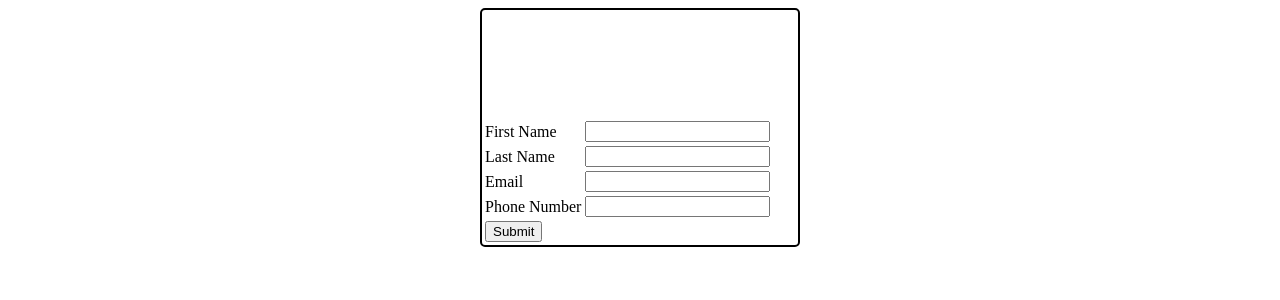
Repository: Jeevith-U/Advance-Java
Page: http://localhost/JSPTags/login1.jsp
These files come from the project's save history. The page is drawn as it stood at one moment and after the next save; the edit follows.
The browser window is 1280 px wide. The pictures show the whole page.
The page is served by Tomcat 9. Other server files are loaded and not shown.

Above is the page before, as saved 2023-08-19 04:12:37.

### JSPTags/src/main/webapp/login1.jsp
<%@ page language="java" contentType="text/html; charset=ISO-8859-1"
	pageEncoding="ISO-8859-1"%>
<!DOCTYPE html>
<html>
<head>
<style>
#table{
border: 2px solid;
border-radius: 5px ;
width: 25%;
margin: auto;
}
</style>
<meta charset="ISO-8859-1">
<title>Insert title here</title>
</head>
<body>

	<form action="read" method="get" border = "" id = "table">

		<table>
			<tr>
				<td><label for="fname">First Name</label></td>
				<td><input type="text" id="fname" name="fname"></td>
			</tr>
			<br>
			<br>
			<tr>
				<td><label for="lname">Last Name</label></td>
				<td><input type="text" id="lname" name="lname"></td>
			</tr>
			<br>
			<br>
			<tr>
				<td><label for="email">Email</label></td>
				<td><input type="email" id="email" name="email"></td>
			</tr>
			<tr>
				<td><label for="tel">Phone Number</label></td>
				<td><input type="tel" id="tel" name="tel"></td>
			</tr>
			<br>
			<br>
			<tr>
				<td><input type="submit" value="Submit"></td>
			</tr>
		</table>
	</form>
</body>
</html>

After the next save:
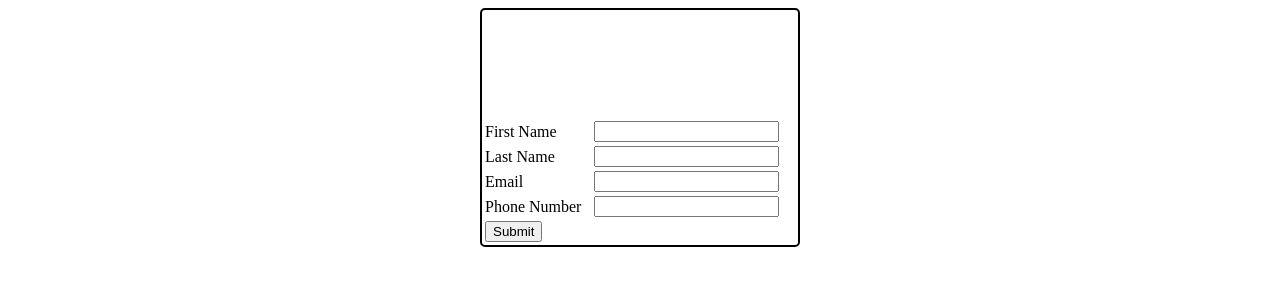
Saved 63 s later.
--- a/JSPTags/src/main/webapp/login1.jsp
+++ b/JSPTags/src/main/webapp/login1.jsp
@@ -9,6 +9,9 @@ border: 2px solid;
 border-radius: 5px ;
 width: 25%;
 margin: auto;
+display: flex;
+flex-direction: column;
+
 }
 </style>
 <meta charset="ISO-8859-1">
